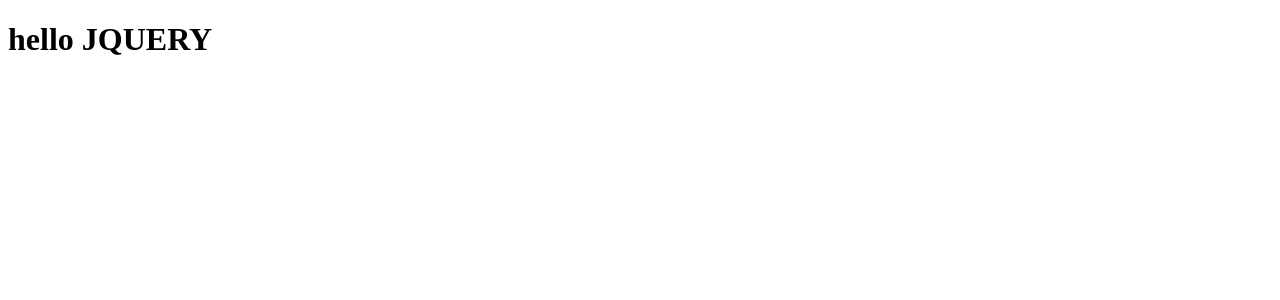
Repository: chopilyeon/JavaWeb
Page: LectureWeb/src/main/webapp/jquery/exam02.html
These files come from the project's save history. The page is drawn as it stood at one moment and after the next save; the edit follows.
The browser window is 1280 px wide. The pictures show the whole page.

Above is the page before, as saved 2022-05-30 06:15:09.

After the next save:
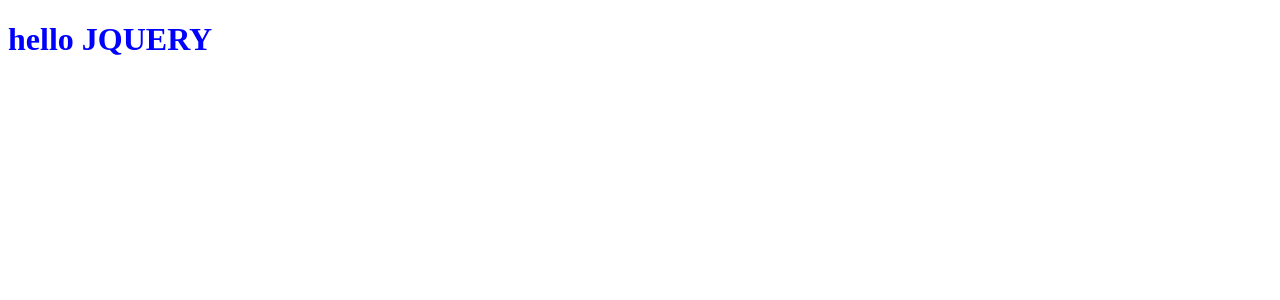
Saved 8 min 29 s later.
--- a/LectureWeb/src/main/webapp/jquery/exam02.html
+++ b/LectureWeb/src/main/webapp/jquery/exam02.html
@@ -25,6 +25,14 @@
 	 $('h1').fadeIn(5000)
 	 $('h1').slideDown(5000);
 
+
+		//3초에 "Hello JQUERY" 문장을 보인 후, 글자색을 파란색으로 변경한 후,
+		//슬라이드 효과로 올라갔다 내려갔다를 수행하자.
+
+		//css 먹히게 하고 싶을때 css라는 함수를 사용함.
+		$('h1').show(3000).css('color','blue')
+
+
 })
 </script>
 
